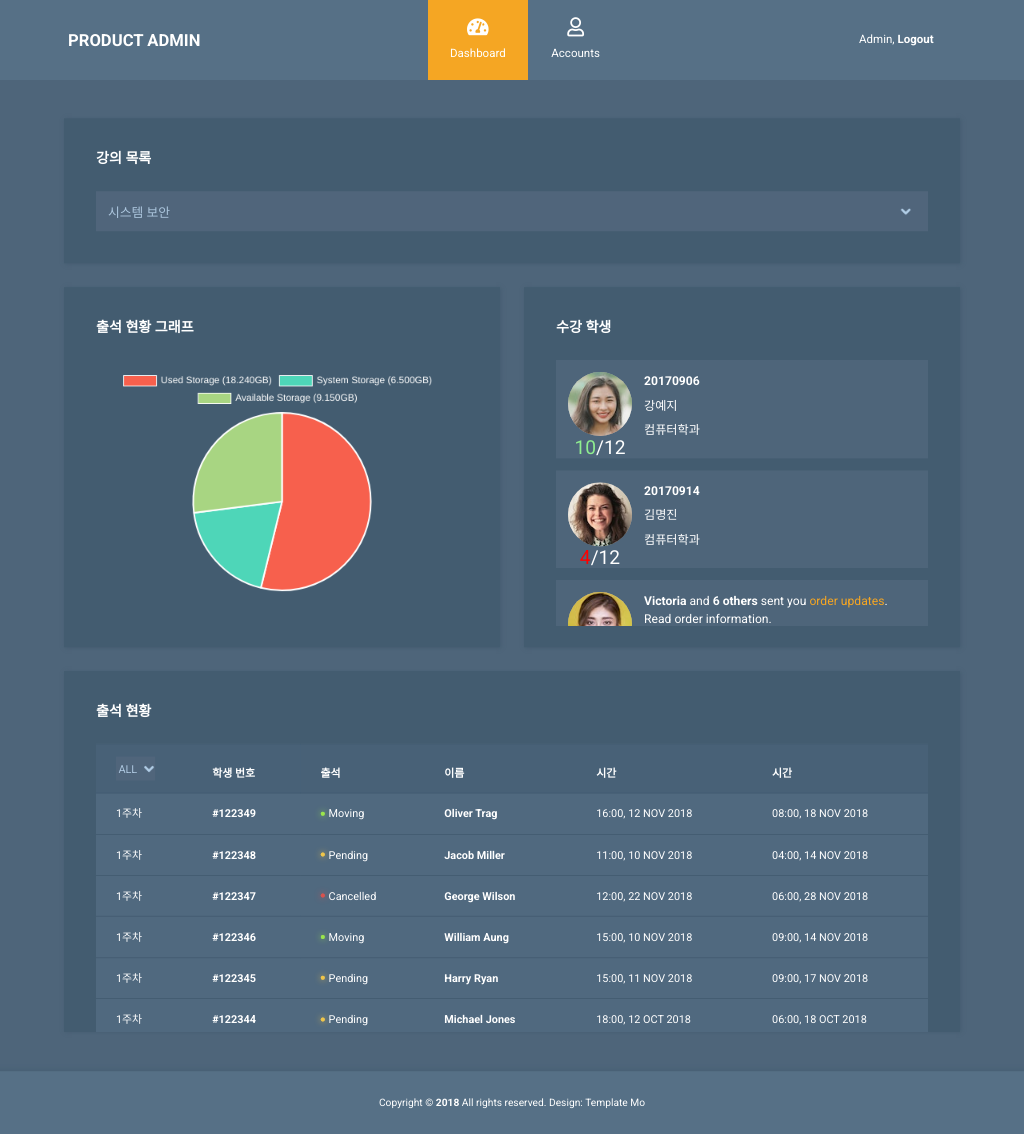
Repository: YJ-S2/2019-FaceAPI
Page: test1-master/web/123/WebContent/web1.html
The author's editor kept a copy of each file at every save. The page is drawn from the files as they stood at one save, then again after the next save.
The browser window is 1280 px wide. The pictures show the whole page, at 80% of full size.
An inner scrolling area shows only its first screen.

Above is the page before, as saved 2019-08-11 14:53:02.

After the next save:
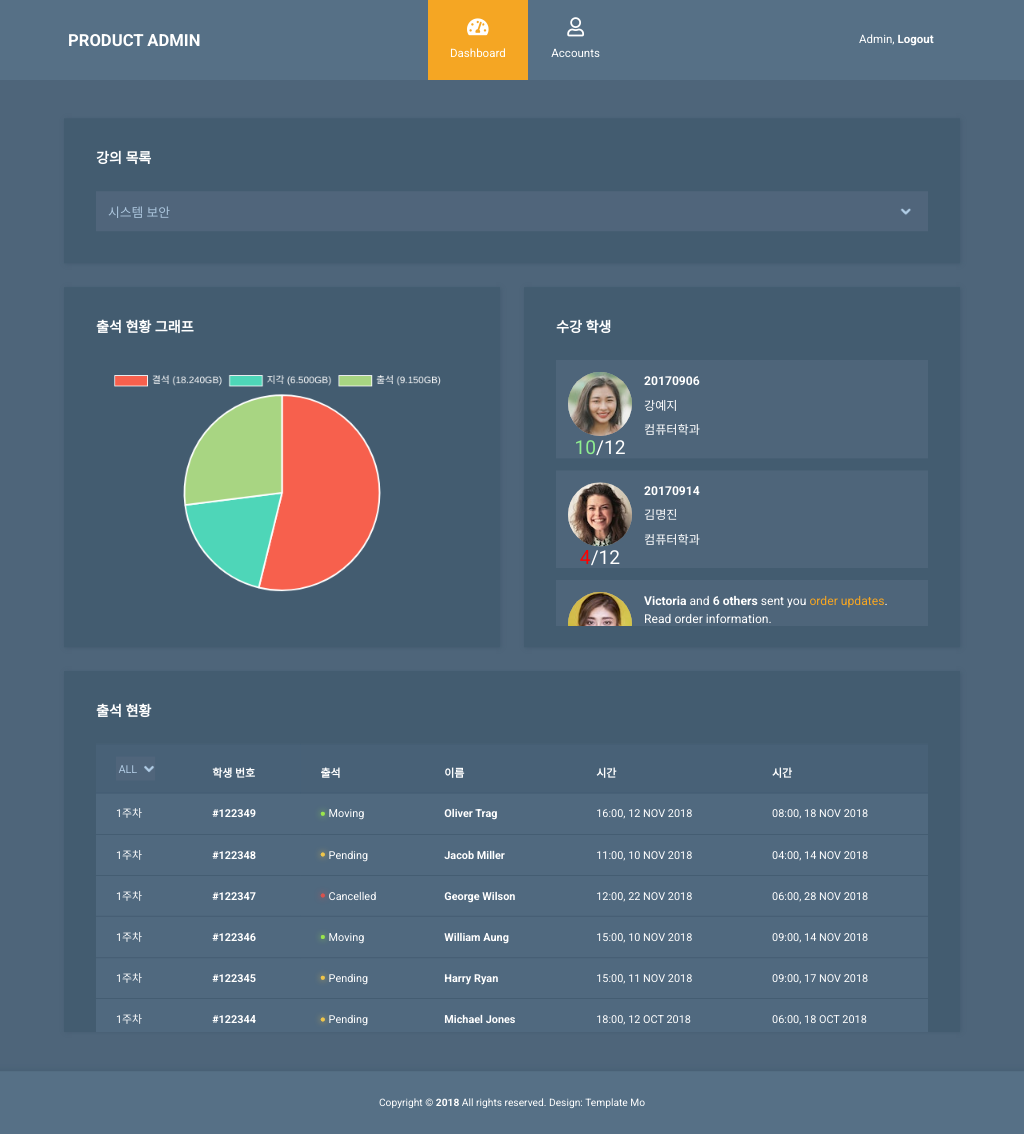
Saved 73 s later.
--- a/test1-master/web/123/WebContent/js/tooplate-scripts.js
+++ b/test1-master/web/123/WebContent/js/tooplate-scripts.js
@@ -165,9 +165,9 @@ function drawPieChart() {
           }
         ],
         labels: [
-          "Used Storage (18.240GB)",
-          "System Storage (6.500GB)",
-          "Available Storage (9.150GB)"
+          "결석 (18.240GB)",
+          "지각 (6.500GB)",
+          "출석 (9.150GB)"
         ]
       },
       options: optionsPie
